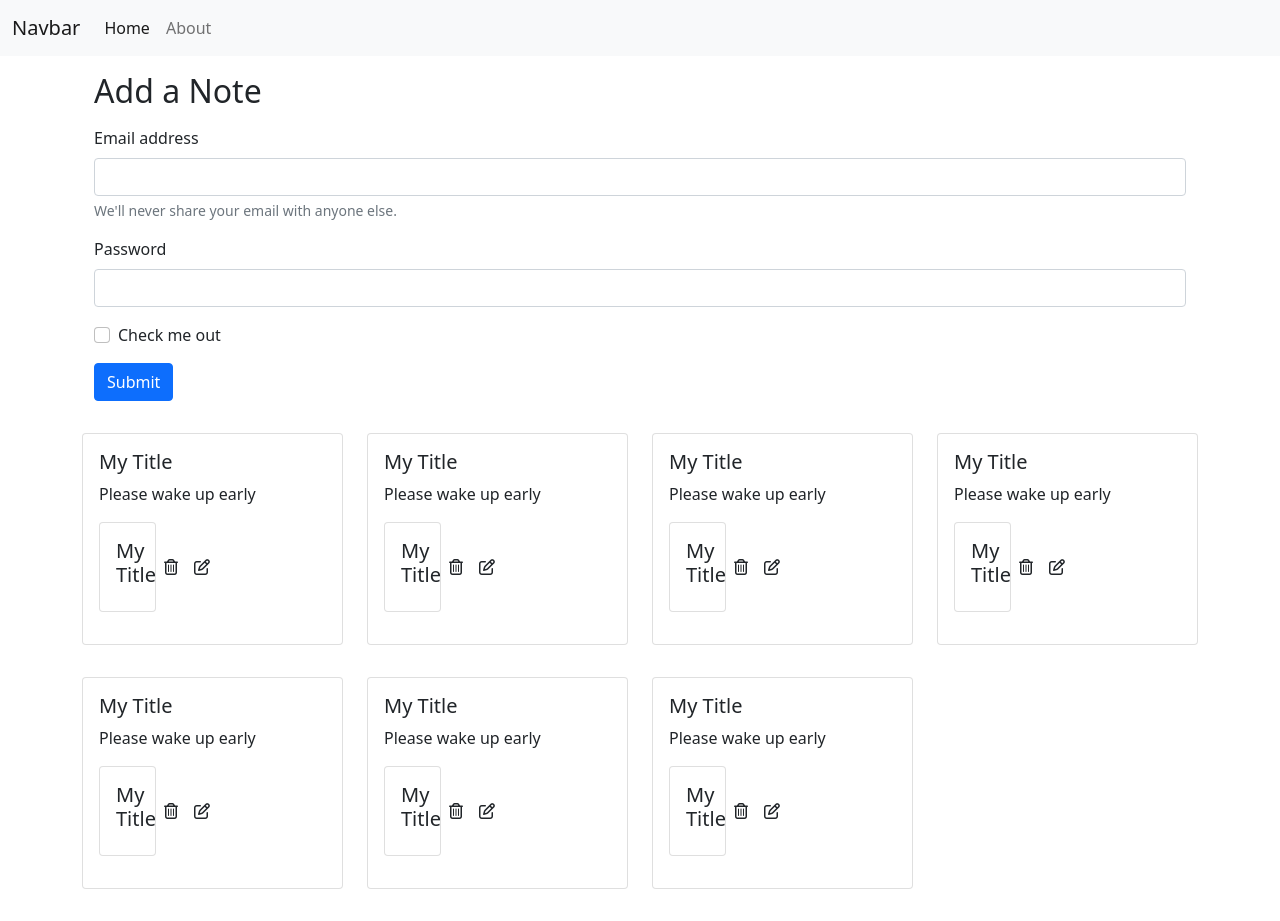
Repository: Asad-devv/inotebook-mern
Page: /
The author's editor kept a copy of each file at every save. The page is drawn from the files as they stood at one save, then again after the next save.
The browser window is 1280 px wide. The pictures show the whole page.
Some web libraries are served in a nearby version. The project was rebuilt for these pictures with package versions that can differ from the ones it lists, and the page was loaded fresh each time. Also part of the build but not shown: vite.config.js, src/components/About.jsx.

Above is the page before, as saved 2023-04-14 00:46:41.

After the next save:
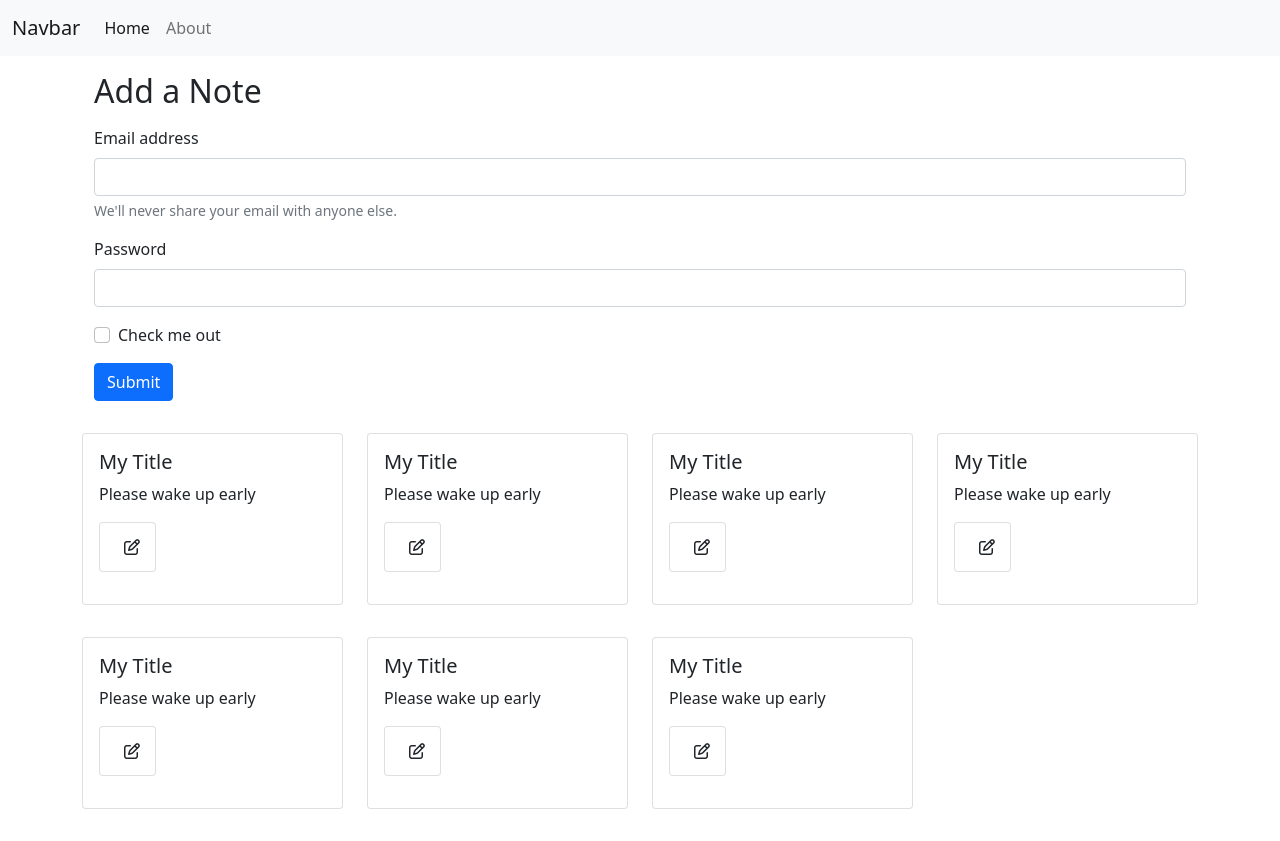
Saved 6 s later.
--- a/src/components/Notes.jsx
+++ b/src/components/Notes.jsx
@@ -15,7 +15,7 @@ const NoteItem = ({title,description,tag})=>{
         <div className="card my-3">
             <div className="card-body">
                 <div className="d-flex align-items-center">
-                    <h5 className="card-title">{title}</h5><i className="far fa-trash-alt mx-2"></i>
+                    {/* <h5 className="card-title">{title}</h5><i className="far fa-trash-alt mx-2"></i> */}
                     <i className="far fa-edit mx-2"></i>
                 </div>
 
